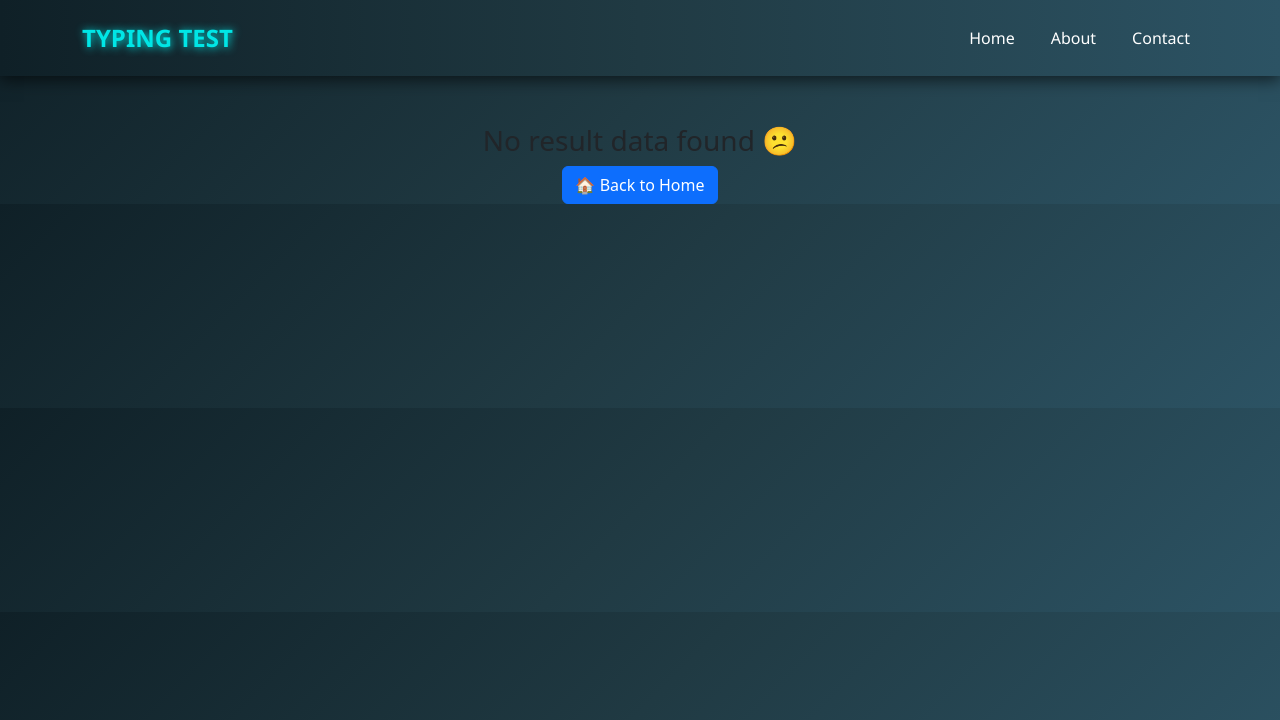
Repository: SHAHZADcodr/typing-test-react
Page: /gameOver
These files come from the project's save history. The page is drawn as it stood at one moment and after the next save; the edit follows.
The browser window is 1280 px wide. The pictures show the whole page.
The project was rebuilt for these pictures with package versions that can differ from the ones it lists, and the page was loaded fresh each time. Also part of the build but not shown: src/customCss/Home.css, src/pages/Home.jsx, src/customCss/About.css, src/pages/About.jsx, src/customCss/Contact.css, src/pages/Contact.jsx, src/customCss/Game.css, src/pages/Game.jsx. Imported but missing from the stored project, and not drawn on this page: src/assets/background.mp3, src/assets/pop.mp3.

Above is the page before, as saved 2025-04-09 02:10:51.

### src/index.js
import React from 'react';
import "bootstrap/dist/css/bootstrap.min.css";
import ReactDOM from 'react-dom/client';
import './index.css';
import App from './App';
import { BrowserRouter } from 'react-router-dom';
import reportWebVitals from './reportWebVitals';

const root = ReactDOM.createRoot(document.getElementById('root'));
root.render(
  <React.StrictMode>
    <BrowserRouter>
      <App />
    </BrowserRouter>
  </React.StrictMode>
);

// If you want to start measuring performance in your app, pass a function
// to log results (for example: reportWebVitals(console.log))
// or send to an analytics endpoint. Learn more: https://bit.ly/CRA-vitals
reportWebVitals();

### src/index.css
body {
  margin: 0;
  background: linear-gradient(135deg, #0f2027,
  #203a43, #2c5364);
}

### src/App.js
import {Routes,Route} from "react-router-dom";
import './App.css';
//pages
import Home  from "./pages/Home";
import About from "./pages/About";
import Contact from "./pages/Contact";
import Game from "./pages/Game";
import GameOver from "./pages/GameOver";

//components
import Navigation from "./components/Navbar";

function App() {
  return (
    <>
    <Navigation/>
    <Routes>
      <Route path="/" element={<Home/>}/>
      <Route path="*" element={<Home/>}/>
      <Route path="/about" element={<About/>}/>
      <Route path="/contact" element={<Contact/>}/>
      <Route path="/game" element={<Game/>}/>
      <Route path="/gameOver" element={<GameOver/>}/>

    </Routes>
    </>

  );
}

export default App;

### src/App.css
.custom-navbar {
  background: linear-gradient(to right, #0f2027, #203a43, #2c5364) !important;
  padding: 15px 20px;
  box-shadow: 0 4px 15px rgba(0, 0, 0, 0.6);
  font-family: 'Segoe UI', Tahoma, Geneva, Verdana, sans-serif;
}

.custom-navbar .navbar-brand {
  color: #00e6e6 !important;
  font-weight: bold;
  font-size: 1.5rem;
  text-shadow: 1px 1px 8px #00e6e6;
}

.custom-navbar .nav-link {
  color: #ffffff !important;
  margin-left: 20px;
  transition: color 0.3s ease, transform 0.2s ease;
  font-weight: 500;
}

.custom-navbar .nav-link:hover {
  color: #00e6e6 !important;
  transform: scale(1.05);
  text-shadow: 0 0 5px #00e6e6;
}

.custom-navbar .navbar-toggler {
  background-color: #00e6e6;
}

### src/pages/GameOver.jsx
// GameOver.jsx
import React from 'react';
import { useLocation, useNavigate } from 'react-router-dom';
import { Button, Container } from 'react-bootstrap';

const GameOver = () => {
  const { state } = useLocation();
  const navigate = useNavigate();
  const result = state?.result;

  if (!result) {
    return (
      <Container className="text-center mt-5">
        <h3>No result data found 😕</h3>
        <Button onClick={() => navigate('/')}>🏠 Back to Home</Button>
      </Container>
    );
  }

  return (
    <Container className="text-center mt-5 gameover-container">
      <h1>🎮 Game Over!</h1>
      <h3>📊 Your Scorecard</h3>
      <ul style={{ listStyle: 'none', padding: 0 }}>
        <li>✅ Correct Words: {result.score}</li>
        <li>❌ Missed Words: {result.missed}</li>
        <li>📈 Accuracy: {result.accuracy}%</li>
        <li>⌨️ Words Per Minute: {result.wpm}</li>
      </ul>
      <Button onClick={() => navigate('/')}>🔁 Play Again</Button>
    </Container>
  );
};

export default GameOver;

### src/components/Navbar.jsx
import React from 'react';
import { Navbar, Nav, Container } from 'react-bootstrap';
import { Link } from 'react-router-dom';
import '../App.css'; // Make sure this path is correct

const Navigation = () => {
  return (
    <Navbar expand="lg" className="custom-navbar" variant="dark">
      <Container>
        <Navbar.Brand as={Link} to="/">TYPING TEST</Navbar.Brand>
        <Navbar.Toggle aria-controls="basic-navbar-nav" />
        <Navbar.Collapse id="basic-navbar-nav">
          <Nav className="ms-auto">
            <Nav.Link as={Link} to="/">Home</Nav.Link>
            <Nav.Link as={Link} to="/about">About</Nav.Link>
            <Nav.Link as={Link} to="/contact">Contact</Nav.Link>
          </Nav>
        </Navbar.Collapse>
      </Container>
    </Navbar>
  );
};

export default Navigation;

### src/customCss/GameOver.css
.gameover-container {
    display: flex;
    flex-direction: column;
    align-items: center;
    justify-content: center;
    height: 100vh;
    background: linear-gradient(135deg, #0f2027, #203a43, #2c5364);
    color: #fff;
    font-family: 'Segoe UI', Tahoma, Geneva, Verdana, sans-serif;
    text-align: center;
    padding: 20px;
  }

  .gameover-title {
    font-size: 3rem;
    font-weight: bold;
    margin-bottom: 30px;
    color: #00e6e6;
    text-shadow: 1px 1px 10px #00e6e6;
  }

  .stats-box {
    background-color: rgba(255, 255, 255, 0.1);
    border-radius: 20px;
    padding: 30px;
    box-shadow: 0 4px 20px rgba(0, 0, 0, 0.4);
    width: 90%;
    max-width: 500px;
    margin-bottom: 30px;
  }

  .stats-box h4 {
    font-size: 1.5rem;
    margin: 10px 0;
  }

  .stats-box span {
    font-weight: bold;
    color: #00e6e6;
  }

  .restart-button {
    background-color: #00e6e6;
    border: none;
    color: #000;
    font-weight: bold;
    padding: 12px 30px;
    border-radius: 30px;
    font-size: 1.2rem;
    transition: background-color 0.3s ease, transform 0.2s ease;
  }

  .restart-button:hover {
    background-color: #01cccc;
    transform: scale(1.05);
  }

Loaded but not shown: public/index.html (common file); src/reportWebVitals.js (common file)

After the next save:
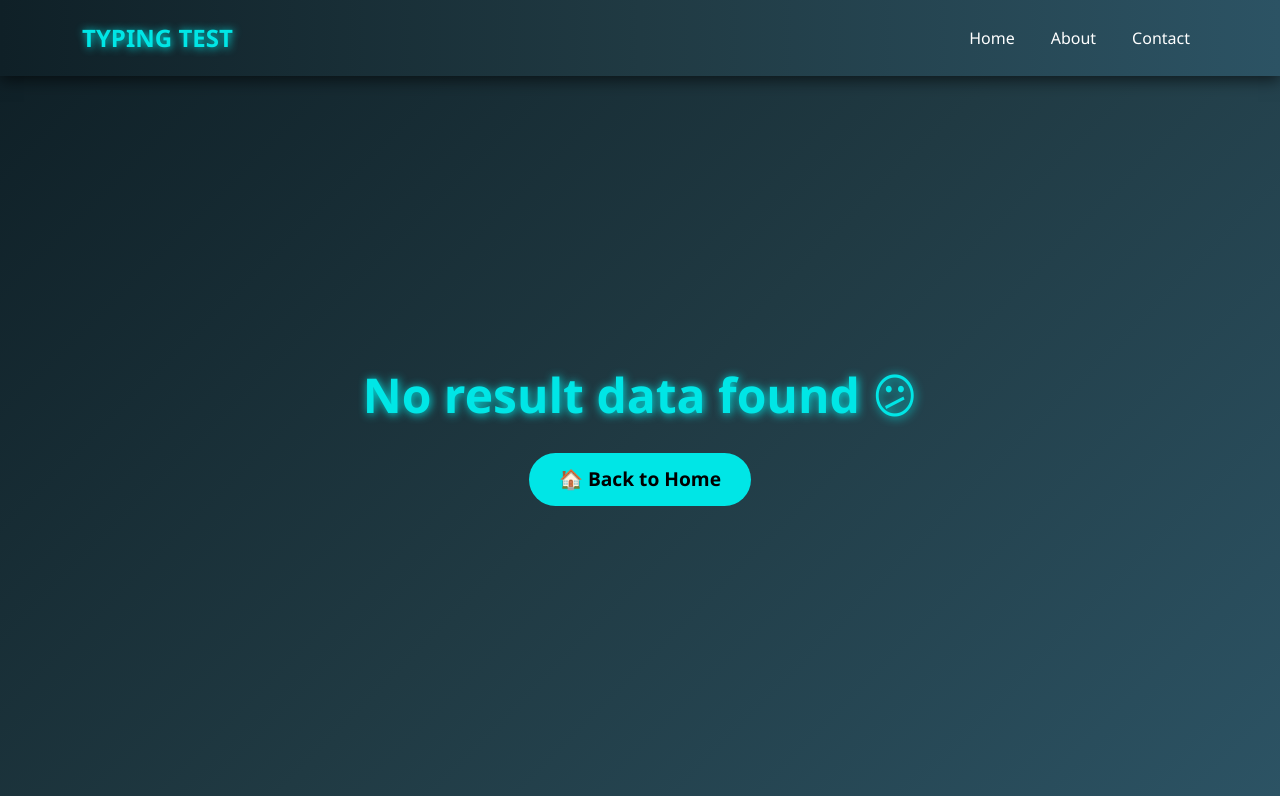
Saved 55 s later.
--- a/src/pages/GameOver.jsx
+++ b/src/pages/GameOver.jsx
@@ -1,7 +1,7 @@
 // GameOver.jsx
 import React from 'react';
 import { useLocation, useNavigate } from 'react-router-dom';
-import { Button, Container } from 'react-bootstrap';
+import './GameOver.css'; // ✅ Import your CSS
 
 const GameOver = () => {
   const { state } = useLocation();
@@ -10,25 +10,28 @@ const GameOver = () => {
 
   if (!result) {
     return (
-      <Container className="text-center mt-5">
-        <h3>No result data found 😕</h3>
-        <Button onClick={() => navigate('/')}>🏠 Back to Home</Button>
-      </Container>
+      <div className="gameover-container">
+        <h3 className="gameover-title">No result data found 😕</h3>
+        <button className="restart-button" onClick={() => navigate('/')}>
+          🏠 Back to Home
+        </button>
+      </div>
     );
   }
 
   return (
-    <Container className="text-center mt-5 gameover-container">
-      <h1>🎮 Game Over!</h1>
-      <h3>📊 Your Scorecard</h3>
-      <ul style={{ listStyle: 'none', padding: 0 }}>
-        <li>✅ Correct Words: {result.score}</li>
-        <li>❌ Missed Words: {result.missed}</li>
-        <li>📈 Accuracy: {result.accuracy}%</li>
-        <li>⌨️ Words Per Minute: {result.wpm}</li>
-      </ul>
-      <Button onClick={() => navigate('/')}>🔁 Play Again</Button>
-    </Container>
+    <div className="gameover-container">
+      <h1 className="gameover-title">🎮 Game Over!</h1>
+      <div className="stats-box">
+        <h4>✅ Correct Words: <span>{result.score}</span></h4>
+        <h4>❌ Missed Words: <span>{result.missed}</span></h4>
+        <h4>📈 Accuracy: <span>{result.accuracy}%</span></h4>
+        <h4>⌨️ Words Per Minute: <span>{result.wpm}</span></h4>
+      </div>
+      <button className="restart-button" onClick={() => navigate('/')}>
+        🔁 Play Again
+      </button>
+    </div>
   );
 };
 
